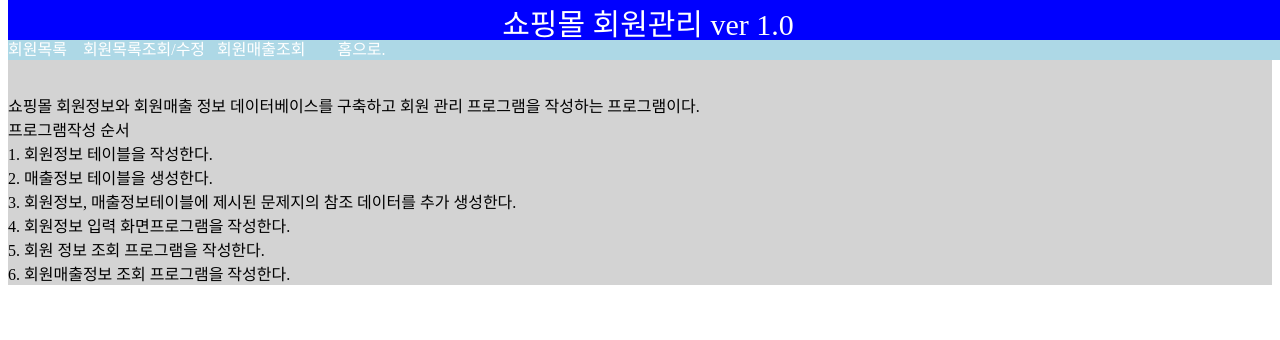
Repository: RnfElwl/youtube_infoT
Page: http://localhost/HRD_30812/
The author's editor kept a copy of each file at every save. The page is drawn from the files as they stood at one save, then again after the next save.
The browser window is 1280 px wide. The pictures show the whole page.
The page is served by Tomcat 9.

Above is the page before, as saved 2022-03-10 14:11:48.

After the next save:
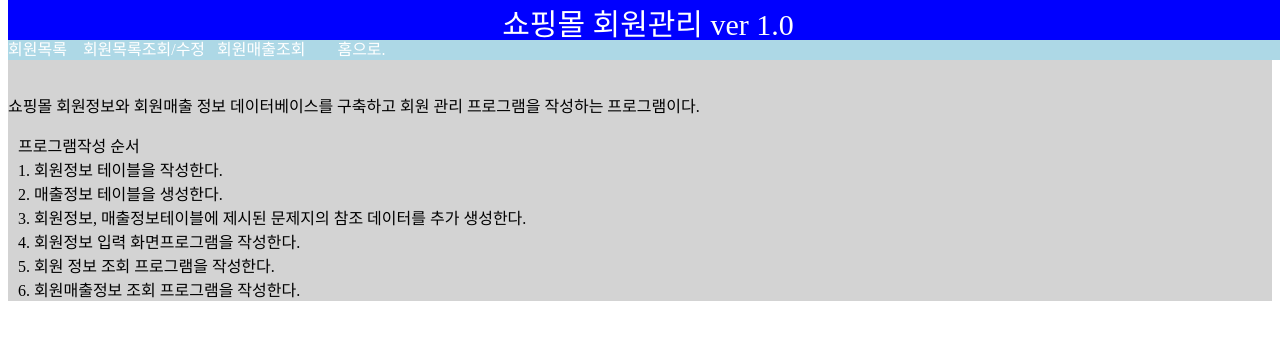
Saved 66 s later.
--- a/HRD_30812/src/main/webapp/index.jsp
+++ b/HRD_30812/src/main/webapp/index.jsp
@@ -14,13 +14,14 @@
 	<section style="position:fixed:top; top:60px; width:100%;height:100%;background-color:lightgray ">
 	 <h2 style="text-align:center">쇼핑몰 회원관리 프로그램</h2><br>
 	 쇼핑몰 회원정보와 회원매출 정보 데이터베이스를 구축하고 회원 관리 프로그램을 작성하는 프로그램이다.<br>
-	 프로그램작성 순서<br>
+	 <p style="padding-left: 10px"> 프로그램작성 순서<br>
 	 1. 회원정보 테이블을 작성한다.<br>
 	 2. 매출정보 테이블을 생성한다.<br>
 	 3. 회원정보, 매출정보테이블에 제시된 문제지의 참조 데이터를 추가 생성한다.<br>
 	 4. 회원정보 입력 화면프로그램을 작성한다.<br>
 	 5. 회원 정보 조회 프로그램을 작성한다.<br>
 	 6. 회원매출정보 조회 프로그램을 작성한다.<br>
+	 </p>
 	</section>
 </body>
 </html>
